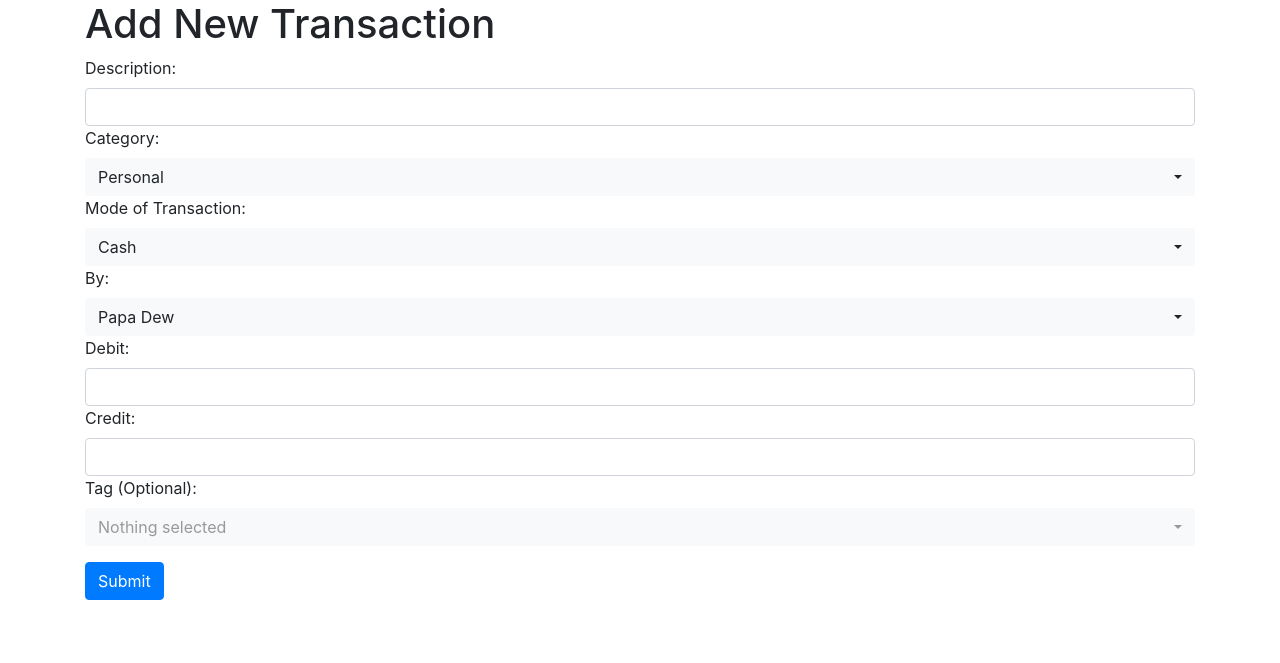
Repository: yucheng91/CI3-expenses-manager
Page: http://localhost/new-transaction/
The author's editor kept a record of every edit. The page is drawn from the files as they stood at one moment, then again after the next edit.
The browser window is 1280 px wide. The pictures show the whole page.
The page is served by the project's application, run on Flask 3 (app.py). The database holds what the project's SQL file puts in it.

Above is the page before.

### templates/new_transaction.html
<!doctype html>
<html lang="en">

<head>
  <!-- Required meta tags -->
  <meta charset="utf-8">
  <meta name="viewport" content="width=device-width, initial-scale=1, shrink-to-fit=no">

  <!-- Bootstrap CSS -->
  <link rel="stylesheet" href="https://stackpath.bootstrapcdn.com/bootstrap/4.3.1/css/bootstrap.min.css" integrity="sha384-ggOyR0iXCbMQv3Xipma34MD+dH/1fQ784/j6cY/iJTQUOhcWr7x9JvoRxT2MZw1T" crossorigin="anonymous">
  <!-- Latest compiled and minified CSS -->
  <link rel="stylesheet" href="https://cdn.jsdelivr.net/npm/bootstrap-select@1.13.10/dist/css/bootstrap-select.min.css">

  <title>Hello, world!</title>
</head>

<body>
  <div class="container">
    <h1>Add New Transaction</h1>
    <form method='post'>
      <class='form-group'>
        <label class='label'>
                      Description:
                  </label>
        <input type='text' class='form-control' name='transaction'>
        <label class='label'>
                      Category:
                  </label>
        <select name='category' class='form-control selectpicker' data-live-search="true">
                          {%for d in categories %}
                          <option value='{{ d['id'] }}' {%if d['id'] == categoriesid %}selected='selected'{%endif%}>{{ d['name'] }}</option>
                               {%endfor%}
                      </select>
        <label class='label'>
                      Mode of Transaction:
                  </label>
        <select name='mode' class='form-control selectpicker' data-live-search="true">
                  {%for d in mode %}
                  <option value='{{ d['id'] }}' {%if d['id'] == modeid %}selected='selected'{%endif%}>{{ d['name'] }}</option>
                       {%endfor%}
              </select>
        <label class='label'>
                      By:
                  </label>
        <select name='by' class='form-control selectpicker' data-live-search="true">
                  {%for d in account %}
                  <option value='{{ d['id'] }}' {%if d['id'] == accountid %}selected='selected'{%endif%}>{{ d['name'] }}</option>
                       {%endfor%}
              </select>
        <label class='label'>
                      Debit:
                  </label>
        <input type='text' class='form-control' name='debit'>
        </class>
        <label class='label'>
                      Credit:
                  </label>
        <input type='text' class='form-control' name='credit'>
        </class>
                <label class='tag'>
                      Tag (Optional):
                  </label>
        <select name='tag' class='form-control selectpicker' Multiple data-live-search="true">
                  {%for d in tag %}
                  <option value='{{ d['id'] }}' {%if d['id'] == accountid %}selected='selected'{%endif%}>{{ d['name'] }}</option>
                       {%endfor%}
              </select>
        <input type='submit' class='btn btn-primary mt-3'>
    </form>
  </div>

  <!-- Optional JavaScript -->
  <!-- jQuery first, then Popper.js, then Bootstrap JS -->
  <script src="https://code.jquery.com/jquery-3.3.1.slim.min.js" integrity="sha384-q8i/X+965DzO0rT7abK41JStQIAqVgRVzpbzo5smXKp4YfRvH+8abtTE1Pi6jizo" crossorigin="anonymous"></script>
  <script src="https://cdnjs.cloudflare.com/ajax/libs/popper.js/1.14.7/umd/popper.min.js" integrity="sha384-UO2eT0CpHqdSJQ6hJty5KVphtPhzWj9WO1clHTMGa3JDZwrnQq4sF86dIHNDz0W1" crossorigin="anonymous"></script>
  <script src="https://stackpath.bootstrapcdn.com/bootstrap/4.3.1/js/bootstrap.min.js" integrity="sha384-JjSmVgyd0p3pXB1rRibZUAYoIIy6OrQ6VrjIEaFf/nJGzIxFDsf4x0xIM+B07jRM" crossorigin="anonymous"></script>
  <!-- Latest compiled and minified JavaScript -->
  <script src="https://cdn.jsdelivr.net/npm/bootstrap-select@1.13.10/dist/js/bootstrap-select.min.js"></script>
</body>

</html>

### app.py
from flask import Flask, render_template, request, redirect, url_for
import os
import pymysql

connection = pymysql.connect(
    host='localhost', # IP address of the database; localhost means "the local machine"
    user="yucheng91",  #the mysql user
    password="coconuty", #the password for the user
    database="expenses" #the name of database we want to use
)

#if PHP doesn't show, perform $ sudo apt-get install --reinstall libapache2-mod-php7.2

app = Flask(__name__)

@app.route('/home')
def home():
    cursor = connection.cursor(pymysql.cursors.DictCursor)
    sql = "SELECT SUM(debit) AS totaldebit FROM transaction"
    cursor.execute(sql)
    totaldebit = cursor.fetchone()

    sql = "SELECT SUM(credit) AS totalcredit FROM transaction"
    cursor.execute(sql)
    totalcredit = cursor.fetchone()

    sql = "SELECT (SELECT SUM(debit) AS sumdebit FROM transaction) - (SELECT SUM(credit) AS sumcredit FROM transaction) AS balance FROM transaction"
    cursor.execute(sql)
    balance = cursor.fetchone()
    return render_template('index.html',totaldebit = totaldebit, totalcredit = totalcredit,balance=balance)

@app.route('/view-all')
def viewall():
    cursor = connection.cursor(pymysql.cursors.DictCursor)
    sql = "SELECT * FROM transaction JOIN categories ON transaction.categoriesid = categories.id JOIN mode ON transaction.modeid = mode.id JOIN account on transaction.accountid = account.id"
    cursor.execute(sql)
    results = []
    for r in cursor:
         results.append(r)

    sql = "SELECT SUM(debit) AS totaldebit FROM transaction"
    cursor.execute(sql)
    totaldebit = cursor.fetchone()

    sql = "SELECT SUM(credit) AS totalcredit FROM transaction"
    cursor.execute(sql)
    totalcredit = cursor.fetchone()

    sql = "SELECT (SELECT SUM(debit) AS sumdebit FROM transaction) - (SELECT SUM(credit) AS sumcredit FROM transaction) AS balance FROM transaction"
    cursor.execute(sql)
    balance = cursor.fetchone()

    return render_template('transaction_overview.html', data=results,totaldebit = totaldebit, totalcredit = totalcredit,balance=balance)

@app.route('/new-transaction/', methods=["GET"])
def addtransaction():

    cursor = connection.cursor(pymysql.cursors.DictCursor)
    sql = "SELECT * FROM mode"
    # fetch all genres and store it in a list
    cursor.execute(sql)
    mode = []
    for r in cursor:
        mode.append({
            'id' : r['id'],
            'name': r['mname']
        })

    # fetch all media type and store it in a list
    sql = "SELECT * FROM categories"
    cursor.execute(sql)
    categories = []
    for r in cursor:
        categories.append({
            'id':r['id'],
            'name': r['cname']
        })

    # fetch all media type and store it in a list
    sql = "SELECT * FROM account"
    cursor.execute(sql)
    account = []
    for r in cursor:
        account.append({
            'id':r['id'],
            'name': r['aname']
        })

    sql = "SELECT * FROM tag"
    cursor.execute(sql)
    tag = []
    for r in cursor:
        tag.append({
            'id':r['id'],
            'name': r['tname']
        })

    return render_template('new_transaction.html', mode=mode, categories=categories, account=account, tag=tag)

@app.route('/new-transaction/', methods=["POST"])
def process_addtransaction():
    transaction_name = request.form.get("transaction")
    category_name = request.form.get("category")
    mode_name = request.form.get("mode")
    by_name = request.form.get("by")
    debit_name = request.form.get("debit")
    if request.form.get("debit") == "":
        debit_name = "0"

    credit_name = request.form.get("credit")
    if request.form.get("credit") == "":
        credit_name = "0"

    cursor = connection.cursor(pymysql.cursors.DictCursor)

    sql = "INSERT INTO transaction (description,categoriesid,modeid,accountid,debit,credit) VALUE (%s,%s,%s,%s,%s,%s)"
    cursor.execute(sql,[transaction_name,category_name,mode_name,by_name,debit_name,credit_name])

    transactionid = cursor.lastrowid
    tagid = request.form.getlist("tag")
    for t in tagid:
        sql = "INSERT INTO transactiontag (transactionid,tagid) VALUE (%s,%s)"
        cursor.execute(sql,[transactionid,t])

    connection.commit()
    return redirect(url_for('viewall'))

# Edit transaction
@app.route('/view-all/edit/<id>')
def edit_transaction(id):

    cursor = connection.cursor(pymysql.cursors.DictCursor)
    sql = "SELECT * FROM transaction JOIN transactiontag ON transaction.id = transactiontag.transactionid JOIN tag ON transactiontag.tagid = tag.id WHERE transaction.id = {}".format(id)
    cursor.execute(sql)
    transaction = cursor.fetchone()

    sql = "DELETE FROM transactiontag WHERE transactiontag.transactionid = {}".format(id)
    cursor.execute(sql)

    sql = "SELECT * FROM mode"
    cursor.execute(sql)
    mode = []
    for r in cursor:
        mode.append({
            'id' : r['id'],
            'name': r['mname']
        })

    sql = "SELECT * FROM categories"
    cursor.execute(sql)
    categories = []
    for r in cursor:
        categories.append({
            'id':r['id'],
            'name': r['cname']
        })

    sql = "SELECT * FROM account"
    cursor.execute(sql)
    account = []
    for r in cursor:
        account.append({
            'id':r['id'],
            'name': r['aname']
        })

    sql = "SELECT * FROM tag"
    cursor.execute(sql)
    tag = []
    for r in cursor:
        tag.append({
            'id':r['id'],
            'name': r['tname']
        })

    return render_template('edit_transaction.html', transaction = transaction, mode=mode, categories=categories, account=account, tag=tag)

@app.route('/view-all/edit/<id>', methods=['POST'])
def update_transaction(id):
    transaction_name = request.form.get("transaction")
    category_name = request.form.get("category")
    mode_name = request.form.get("mode")
    by_name = request.form.get("by")
    debit_name = request.form.get("debit")
    if request.form.get("debit") == "":
        debit_name = "0"

    credit_name = request.form.get("credit")
    if request.form.get("credit") == "":
        credit_name = "0"

    cursor = connection.cursor(pymysql.cursors.DictCursor)

    cursor.execute("UPDATE transaction SET description = '{}',categoriesid = '{}',modeid = '{}',accountid = '{}',debit = '{}',credit = '{}' WHERE id = {}".format(transaction_name,category_name,mode_name,by_name,debit_name,credit_name,id))

    tagid = request.form.getlist("tag")
    for t in tagid:
        sql = "INSERT INTO transactiontag (transactionid,tagid) VALUE (%s,%s)"
        cursor.execute(sql,[id,t])

    connection.commit()
    return redirect(url_for('viewall'))

@app.route('/view-all/delete/<id>')
def confirm_delete_transaction(id):
    cursor = connection.cursor(pymysql.cursors.DictCursor)
    sql = "SELECT * FROM transaction JOIN categories ON transaction.categoriesid = categories.id JOIN mode ON transaction.modeid = mode.id JOIN account on transaction.accountid = account.id WHERE transaction.id = {}".format(id)
    cursor.execute(sql)
    transaction = cursor.fetchone()

    return render_template('delete_transaction.html', transaction = transaction)

@app.route('/view-all/delete/<id>', methods=['POST'])
def delete_transaction(id):
    cursor = connection.cursor(pymysql.cursors.DictCursor)
    sql = "DELETE FROM transactiontag WHERE transactiontag.transactionid = {}".format(id)
    cursor.execute(sql)

    sql = "DELETE FROM transaction WHERE transaction.id = {}".format(id)
    cursor.execute(sql)

    connection.commit()
    return redirect(url_for('viewall'))

@app.route('/chart')
def chart():
    cursor = connection.cursor(pymysql.cursors.DictCursor)
    sql = "SELECT SUM(debit) AS totaldebit FROM transaction WHERE id = 1"
    cursor.execute(sql)
    pdebit = cursor.fetchone()

    cursor = connection.cursor(pymysql.cursors.DictCursor)
    sql = "SELECT SUM(debit) AS totaldebit FROM transaction WHERE id = 1"
    cursor.execute(sql)
    mdebit = cursor.fetchone()

    sql = "SELECT SUM(credit) AS totalcredit FROM transaction"
    cursor.execute(sql)
    totalcredit = cursor.fetchone()

    sql = "SELECT (SELECT SUM(debit) AS sumdebit FROM transaction) - (SELECT SUM(credit) AS sumcredit FROM transaction) AS balance FROM transaction"
    cursor.execute(sql)
    balance = cursor.fetchone()
    return render_template('chart.html',pdebit = pdebit, totalcredit = totalcredit,balance=balance)

# "magic code" -- boilerplate
if __name__ == '__main__':
    app.run(host=os.environ.get('IP'),
            port=int(os.environ.get('PORT')),
            debug=True)

### database.sql (the tables this page reads)
CREATE TABLE `account` (
  `id` int(3) NOT NULL AUTO_INCREMENT,
  `aname` varchar(55) NOT NULL,
  `description` text NOT NULL,
  `createdAt` timestamp NOT NULL DEFAULT CURRENT_TIMESTAMP ON UPDATE CURRENT_TIMESTAMP,
  PRIMARY KEY (`id`)
) ENGINE=InnoDB AUTO_INCREMENT=4 DEFAULT CHARSET=latin1;

INSERT INTO `account` VALUES (1,'Papa Dew','Father of Dew\'s Family','2019-08-02 04:35:32'),(2,'Mama Dew','Mother of Dew\'s Family','2019-08-02 04:56:52'),(3,'Brother Dew','Brother of Dew\'s Family','2019-08-02 04:56:30');

CREATE TABLE `categories` (
  `id` int(3) NOT NULL AUTO_INCREMENT,
  `cname` varchar(55) CHARACTER SET utf8 NOT NULL,
  `description` text NOT NULL,
  `createdAt` timestamp NOT NULL DEFAULT CURRENT_TIMESTAMP ON UPDATE CURRENT_TIMESTAMP,
  PRIMARY KEY (`id`)
) ENGINE=InnoDB AUTO_INCREMENT=10 DEFAULT CHARSET=latin1;

INSERT INTO `categories` VALUES (1,'Personal','Personal private expenses','2019-08-02 04:57:58'),(2,'House','Housing expenses','2019-08-02 04:57:58'),(3,'Food','Daily food expenses','2019-08-02 05:00:07'),(4,'Transport','Transportation expenses','2019-08-02 05:00:07'),(5,'Clothing','Clothing expenses','2019-08-02 05:00:07'),(6,'Fun','Entertainment expenses (such as movie, musical, theme park)','2019-08-02 05:00:07'),(7,'Family','Family expenses','2019-08-02 05:00:07'),(8,'Misc','For everything else','2019-08-02 05:00:07'),(9,'Income','Monthly income','2019-08-02 05:00:35');

CREATE TABLE `mode` (
  `id` int(3) NOT NULL AUTO_INCREMENT,
  `mname` varchar(55) NOT NULL,
  `createdAt` timestamp NOT NULL DEFAULT CURRENT_TIMESTAMP ON UPDATE CURRENT_TIMESTAMP,
  PRIMARY KEY (`id`)
) ENGINE=InnoDB AUTO_INCREMENT=7 DEFAULT CHARSET=latin1;

INSERT INTO `mode` VALUES (1,'Cash','2019-08-02 05:02:32'),(2,'Debit Card','2019-08-02 05:02:32'),(3,'Credit Card','2019-08-02 05:02:32'),(4,'Mobile (PayNow/Paylah)','2019-08-02 05:02:32'),(5,'Bank','2019-08-05 03:29:46'),(6,'Others','2019-08-26 08:38:17');

CREATE TABLE `tag` (
  `id` int(11) NOT NULL AUTO_INCREMENT,
  `tname` varchar(30) CHARACTER SET utf8 NOT NULL,
  PRIMARY KEY (`id`)
) ENGINE=InnoDB AUTO_INCREMENT=15 DEFAULT CHARSET=latin1;

INSERT INTO `tag` VALUES (1,'FairPrice '),(2,'Sheng Siong'),(3,'Giant'),(4,'Capitaland'),(5,'Insurance'),(6,'Taxi'),(7,'Restaurant'),(8,'Phone Bill'),(9,'Utilities Bill'),(10,'Grocery'),(11,'Airfare'),(12,'Hotel'),(13,'School'),(14,'Stationary');

### static/css/style.css
img {
    width:75%;
    margin-left:auto;
    margin-right:auto;
}

#content {
    padding-top:56px;
}

.btn {
    margin:3px;
}

@media (max-width: 255px){
body {
    font-size:90%;
}
}

@media (max-width: 255px){

#content{
padding-top:96px;
}

body {
    font-size:80%;
}
}

After the next edit:
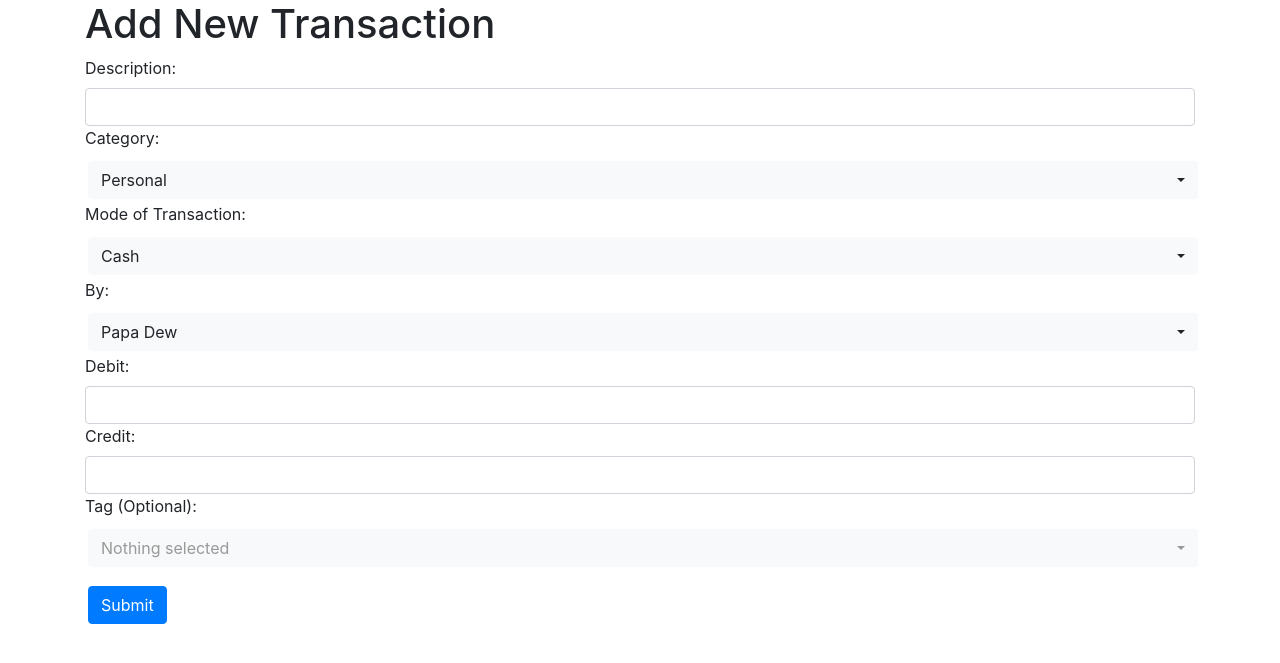
The edit:
--- a/templates/new_transaction.html
+++ b/templates/new_transaction.html
@@ -10,6 +10,7 @@
   <link rel="stylesheet" href="https://stackpath.bootstrapcdn.com/bootstrap/4.3.1/css/bootstrap.min.css" integrity="sha384-ggOyR0iXCbMQv3Xipma34MD+dH/1fQ784/j6cY/iJTQUOhcWr7x9JvoRxT2MZw1T" crossorigin="anonymous">
   <!-- Latest compiled and minified CSS -->
   <link rel="stylesheet" href="https://cdn.jsdelivr.net/npm/bootstrap-select@1.13.10/dist/css/bootstrap-select.min.css">
+  <link rel="stylesheet" href="{{ url_for('static', filename='css/style.css') }}">
 
   <title>Hello, world!</title>
 </head>
